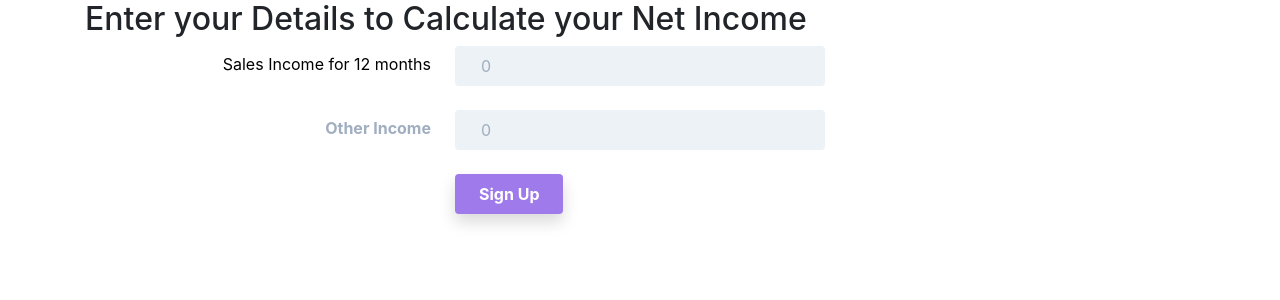
Repository: latenightsnacc/Financial-Forecast
Page: financial-forecast.html
The author's editor kept a copy of each file at every save. The page is drawn from the files as they stood at one save, then again after the next save.
The browser window is 1280 px wide. The pictures show the whole page.

Above is the page before, as saved 2020-11-15 11:36:31.

### financial-forecast.html
<!DOCTYPE html>
<html lang="en">
<head>
    <meta charset="UTF-8">
    <meta name="viewport" content="width=device-width, initial-scale=1.0">
    <!--Tailwind CDN-->
    <link rel="stylesheet" href="https://cdnjs.cloudflare.com/ajax/libs/tailwindcss/1.9.6/base.min.css" integrity="sha512-hEjkvMSM0ql6VJcNK0gTmjt9ar8F2yHeBUbJKtyvQhkkbGMhiJ4+MaiB8XxsthLAHJx5vy2I9dN0un8HiWG2LA==" crossorigin="anonymous" />
    <link rel="stylesheet" href="https://cdnjs.cloudflare.com/ajax/libs/tailwindcss/1.9.6/components.min.css" integrity="sha512-TizAONqhvXjEfRPhptSUkZNVU497PzAnXNGNUoeOjeni4dHpJ+ak+ZsyoGna20LH/yg1PvdufN1VbnVQeVDftg==" crossorigin="anonymous" />
    <link rel="stylesheet" href="https://cdnjs.cloudflare.com/ajax/libs/tailwindcss/1.9.6/tailwind.css" integrity="sha512-HY1FOTeAX9idUBWDhVDrBg8QUHBisKVQ4BCVj1jFo5z76mk87w4Rr5YGP8nBkcGmoMzqYvdeXHMOg/olF45z3g==" crossorigin="anonymous" />
    <link rel="stylesheet" href="https://cdnjs.cloudflare.com/ajax/libs/tailwindcss/1.9.6/utilities.min.css" integrity="sha512-0QJfuLKyYJWGB5hKArJW67xqMLDlR8YaLM/ZuW2mRn4NRwHNsGm7UuREc5Fu7jONHyewPKnGODY0N8G+FQbfxg==" crossorigin="anonymous" />
    <!--Bootstrap CDN-->
    <link rel="stylesheet" href="https://cdn.jsdelivr.net/npm/bootstrap@4.5.3/dist/css/bootstrap.min.css" integrity="sha384-TX8t27EcRE3e/ihU7zmQxVncDAy5uIKz4rEkgIXeMed4M0jlfIDPvg6uqKI2xXr2" crossorigin="anonymous">
    <title>Financial Forecast |Resaads Consults - Think Millenial</title>
</head>
<body>
    <div class="container">
        <!--Navigation-->
    </div>
    <div class="wrapper">
        <div class="container">
            <h2 class="title">Enter your Details to Calculate your Net Income</h2>
        </div>
        <div class="container">
            <form class="w-full max-w-none">
                <!--Sales Income-->
                <div class="md:flex md:items-center mb-6">
                  <div class="md:w-1/3">
                    <label class="block text-black font-500 md:text-right mb-1 md:mb-0 pr-4" for="inline-full-name" placeholder="0">
                      Sales Income for 12 months
                    </label>
                  </div>
                  <div class="md:w-1/3">
                    <input class="bg-gray-200 appearance-none border-2 border-gray-200 rounded w-full py-2 px-4 text-gray-700 leading-tight focus:outline-none focus:bg-white focus:border-grey-500" id="inline-full-name" type="text" placeholder="0">
                  </div>
                </div>
                <!--Other Income-->
                <div class="md:flex md:items-center mb-6">
                  <div class="md:w-1/3">
                    <label class="block text-gray-500 font-bold md:text-right mb-1 md:mb-0 pr-4" for="inline-password">
                      Other Income
                    </label>
                  </div>
                  <div class="md:w-1/3">
                    <input class="bg-gray-200 appearance-none border-2 border-gray-200 rounded w-full py-2 px-4 text-gray-700 leading-tight focus:outline-none focus:bg-white focus:border-purple-500" id="inline-password" type="text" placeholder="0">
                  </div>
                </div>

                <div class="md:flex md:items-center">
                  <div class="md:w-1/3"></div>
                  <div class="md:w-2/3">
                    <button class="shadow bg-purple-500 hover:bg-purple-400 focus:shadow-outline focus:outline-none text-white font-bold py-2 px-4 rounded" type="button">
                      Sign Up
                    </button>
                  </div>
                </div>
              </form>
        </div>
    </div>
    <!--Bootstrap Scripts-->
    <script src="https://code.jquery.com/jquery-3.5.1.slim.min.js" integrity="sha384-DfXdz2htPH0lsSSs5nCTpuj/zy4C+OGpamoFVy38MVBnE+IbbVYUew+OrCXaRkfj" crossorigin="anonymous"></script>
    <script src="https://cdn.jsdelivr.net/npm/popper.js@1.16.1/dist/umd/popper.min.js" integrity="sha384-9/reFTGAW83EW2RDu2S0VKaIzap3H66lZH81PoYlFhbGU+6BZp6G7niu735Sk7lN" crossorigin="anonymous"></script>
    <script src="https://cdn.jsdelivr.net/npm/bootstrap@4.5.3/dist/js/bootstrap.min.js" integrity="sha384-w1Q4orYjBQndcko6MimVbzY0tgp4pWB4lZ7lr30WKz0vr/aWKhXdBNmNb5D92v7s" crossorigin="anonymous"></script>
</body>
</html>

After the next save:
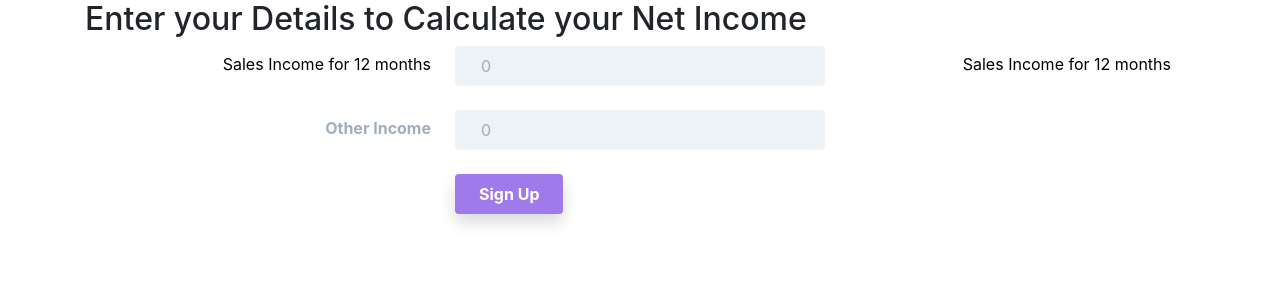
Saved 45 s later.
--- a/financial-forecast.html
+++ b/financial-forecast.html
@@ -32,6 +32,11 @@
                   <div class="md:w-1/3">
                     <input class="bg-gray-200 appearance-none border-2 border-gray-200 rounded w-full py-2 px-4 text-gray-700 leading-tight focus:outline-none focus:bg-white focus:border-grey-500" id="inline-full-name" type="text" placeholder="0">
                   </div>
+                  <div class="md:w-1/3">
+                    <label class="block text-black font-500 md:text-right mb-1 md:mb-0 pr-4" for="inline-full-name" placeholder="0">
+                      Sales Income for 12 months
+                    </label>
+                  </div>
                 </div>
                 <!--Other Income-->
                 <div class="md:flex md:items-center mb-6">
@@ -41,7 +46,7 @@
                     </label>
                   </div>
                   <div class="md:w-1/3">
-                    <input class="bg-gray-200 appearance-none border-2 border-gray-200 rounded w-full py-2 px-4 text-gray-700 leading-tight focus:outline-none focus:bg-white focus:border-purple-500" id="inline-password" type="text" placeholder="0">
+                    <input class="bg-gray-200 appearance-none border-2 border-gray-200 rounded w-full py-2 px-4 text-gray-700 leading-tight focus:outline-none focus:bg-white focus:border-grey-500" id="inline-password" type="text" placeholder="0">
                   </div>
                 </div>
 
